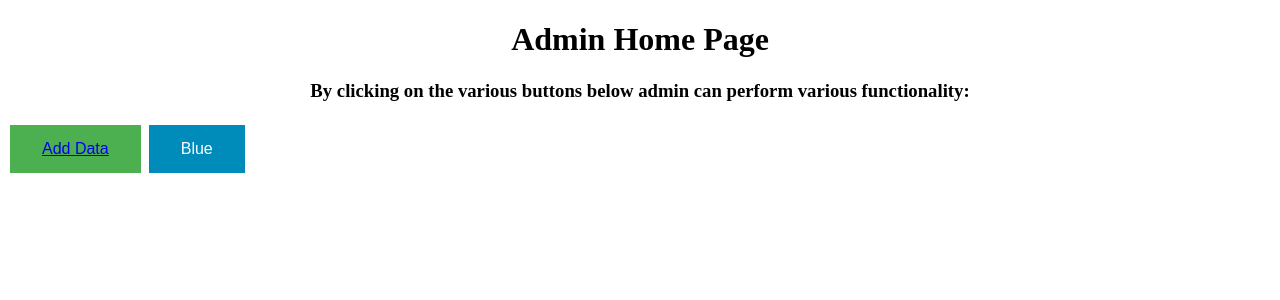
Repository: Shreya200012/FoodBox
Page: http://localhost/foodWeb/adminhome.jsp
These files come from the project's save history. The page is drawn as it stood at one moment and after the next save; the edit follows.
The browser window is 1280 px wide. The pictures show the whole page.
The page is served by Tomcat 9.

Above is the page before, as saved 2022-06-14 12:47:59.

After the next save:
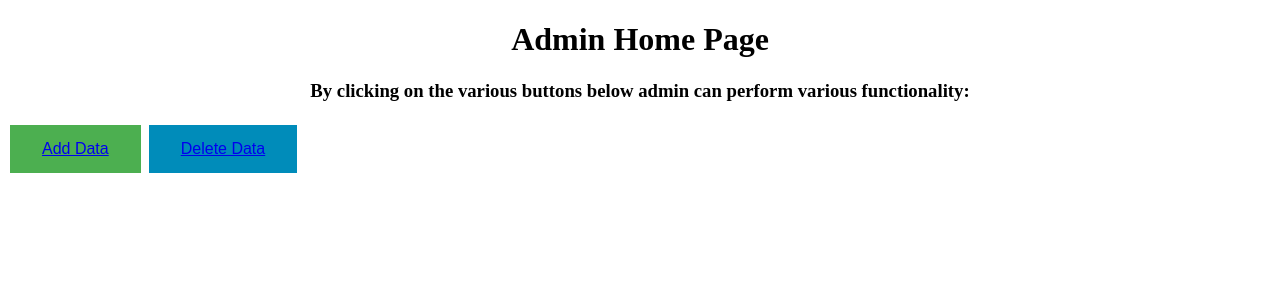
Saved 50 s later.
--- a/foodWeb/src/main/webapp/adminhome.jsp
+++ b/foodWeb/src/main/webapp/adminhome.jsp
@@ -28,7 +28,7 @@
 <h3 align="center">By clicking on the various buttons below admin can perform various functionality: </h3>
 
 <button class="button button1 " ><a href="addData.jsp">Add Data</a></button>
-<button class="button button2 " >Blue</button>
+<button class="button button2 " ><a href="deleteData.jsp">Delete Data</button>
 
 </body>
 </html>
